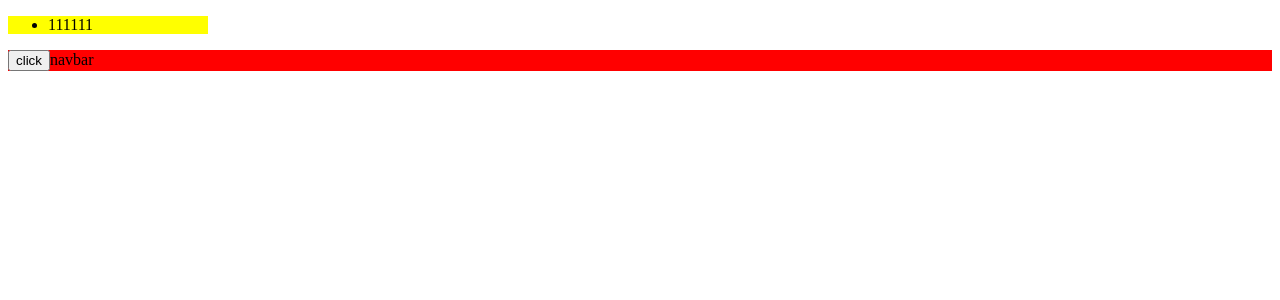
Repository: zenghao518518/React
Page: /
The author's editor kept a copy of each file at every save. The page is drawn from the files as they stood at one save, then again after the next save.
The browser window is 1280 px wide. The pictures show the whole page.
The project was rebuilt for these pictures with package versions that can differ from the ones it lists, and the page was loaded fresh each time.

Above is the page before, as saved 2023-08-02 13:56:37.

After the next save:
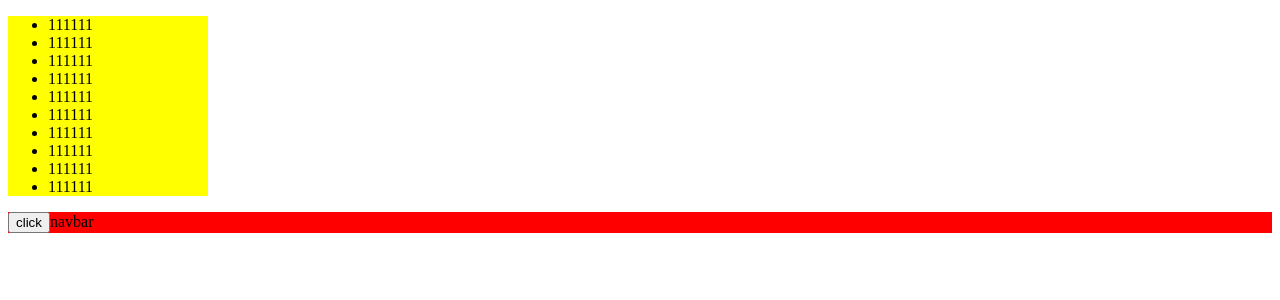
Saved 2 min 37 s later.
--- a/src/02-advanced/01-子传父.js
+++ b/src/02-advanced/01-子传父.js
@@ -5,6 +5,15 @@ class Navbar extends Component {
     return (
       <div style={{ background: "yellow",width:"200px" }}>
         <ul>
+            <li>111111</li>
+            <li>111111</li>
+            <li>111111</li>
+            <li>111111</li>
+            <li>111111</li>
+            <li>111111</li>
+            <li>111111</li>
+            <li>111111</li>
+            <li>111111</li>
             <li>111111</li>
         </ul>
       </div>
